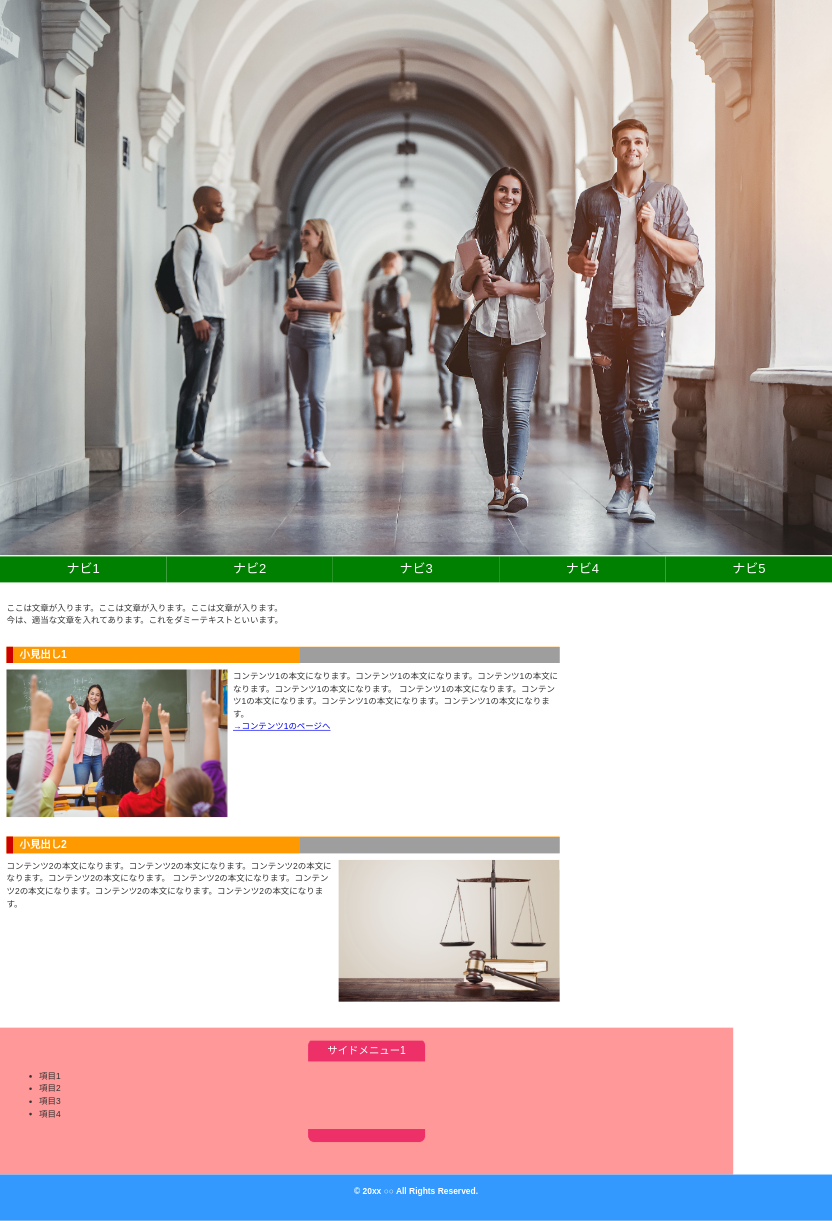
Repository: ryotaro516/Samurai_JS
Page: C9/index.html
The author's editor kept a record of every edit. The page is drawn from the files as they stood at one moment, then again after the next edit.
The browser window is 1280 px wide. The pictures show the whole page, at 65% of full size.
Pictures or frames that could not be fetched are drawn as grey boxes.

Above is the page before.

### C9/index.html
<!DOCTYPE html>
<html lang="ja">
    <head>
        <meta charset="UTF-8">
        <title>HTML/CSSの学習</title>
        <link rel="stylesheet" href="stylesheet.css">
    </head>
    <body>
        <div id="header">
            <h1><a href="index.html"><img id="corridor" src="images/corridor.jpg" alt="大学の廊下" /></a></h1>
        </div>
        <div id="wrapper">
            <div id="nav">
                <ul>
                    <li><a href="home.html">ナビ1</a></li>
                    <li><a href="#">ナビ2</a></li>
                    <li><a href="#">ナビ3</a></li>
                    <li><a href="#">ナビ4</a></li>
                    <li><a href="#">ナビ5</a></li>
                </ul>
            </div>
            <div id="container">
                <div id="main">
                    <div class="post">
                        <p>ここは文章が入ります。ここは文章が入ります。ここは文章が入ります。<br />今は、適当な文章を入れてあります。これをダミーテキストといいます。</p>
                    </div>
                    <div class="post clearfix">
                        <h2>小見出し1</h2>
                        <img class="left" src="images/classroom.jpg" alt="授業風景" />
                        <p>
                            コンテンツ1の本文になります。コンテンツ1の本文になります。コンテンツ1の本文になります。コンテンツ1の本文になります。
                            コンテンツ1の本文になります。コンテンツ1の本文になります。コンテンツ1の本文になります。コンテンツ1の本文になります。
                        </p>
                        <p><a href="#">→コンテンツ1のページへ</a></p>
                    </div>
                    <div class="post clearfix">
                        <h2>小見出し2</h2>
                        <img class="right" src="images/scale.jpg" alt="天秤" />
                        <p>
                            コンテンツ2の本文になります。コンテンツ2の本文になります。コンテンツ2の本文になります。コンテンツ2の本文になります。
                            コンテンツ2の本文になります。コンテンツ2の本文になります。コンテンツ2の本文になります。コンテンツ2の本文になります。
                        </p>
                    </div>
                </div>
            </div>
            <div id="side">
                <div class="box">
                    <h2>サイドメニュー1</h2>
                    <div class="baxBody">
                        <ul>
                            <li>項目1</li>
                            <li>項目2</li>
                            <li>項目3</li>
                            <li>項目4</li>
                        </ul>
                    </div>
                </div>
            </div>
        </div>
        <div id="footer">
            <p>&copy; 20xx ○○ All Rights Reserved.</p>
　　    </div>
    </body>
</html>

### C9/stylesheet.css
@charset "utf-8";

body {
	margin: 0;
	padding: 0;
	font-family: "ヒラギノ角ゴ Pro W3", "Hiragino Kaku Gothic Pro", "メイリオ", Meiryo, Osaka, "ＭＳ Ｐゴシック", "MS PGothic", sans-serif;
	color: #333;
	font-size: 13px;
	line-height: 150%;
}

/* -------------------- wrapper -------------------- */
#wrapper {
    width: 100%;
    margin: auto;
    padding: 0px;
    border: 0px;
    background-color: #FFF;
    top: 10px;
}

/* -------------------- header -------------------- */
#header {
	width: 100%;
}
#header h1 {
	margin: 0;
	padding: 0;
}

#corridor {
	width: 100%;
	height: auto;
}

/* -------------------- footer -------------------- */
#footer {
	clear: both;
	width: 100%;
	padding: 3px 0 3px 0;
	background: #39F;
	color: #FFF;
	font-weight: bold;
	text-align: center;
}

/* -------------------- nav -------------------- */
#nav {
	width: 100%;
}
#nav ul {
	display: flex;
	margin: 0;
	padding: 0;
	list-style-type: none;
}
#nav ul li {
	width: 20%;
	text-align: center;
}
#nav ul li a {
	display: block;
	height: 20px;
	margin: 0;
	padding: 10px;
	color: #FFF;
	font-size: 20px;
	text-decoration: none;
	background-color: green;
}

#nav ul li a:hover {
	filter: drop-shadow(10px 10px 10px black);
}

/* -------------------- container -------------------- */
#container {
	width: 100%;
	margin: auto ;
	padding: auto;
	padding-top: 20px;
	clear: both;
	display: grid;
	grid-template-columns: 70vw 30vw;
}
/* -------------------- main -------------------- */
#main {
	width: 95%;
	padding: 10px 30px 10px 10px;
}
#main h2 {
	margin: 0 0 10px 0;
	padding: 3px 10px 3px 10px;
	color: #FFF;
	font-size: 16px;
	border-left: solid 10px #C00;
	background: #F90 url(../images/main_h2.jpg) right top repeat-y;
}
#main p {
	margin: 0;
	padding: 0;
}
#main .post {
	margin: 0 0 30px 0;
}
#main .post img.right {
	margin: 0 0 0 8px;
}
#main .post img.left {
	margin: 0 8px 0 0;
}

.right {
	float: right;
	width: 40%;
	height: auto;
}
.left {
	float: left;
	width: 40%;
	height: auto;
}

/* -------------------- clearfix -------------------- */
.clearfix {
	zoom: 1;
}
.clearfix:after{
	content: "";
	display: block;
	clear: both;
}

/* -------------------- side -------------------- */
#side {
	width: 85%;
	padding: 20px;
	background-color: #F99;
}
#side .box {
	margin: 0 auto 30px auto;
	padding: 0 0 20px 0;
	background: url(images/side_box.png) bottom no-repeat;
}
#side .box h2 {
	margin: 0;
	padding: 8px;
	text-align: center;
	color: #fff;
	font-size: 16px;
	line-height: 16px;
	font-weight: normal;
	background: url(images/side_box_h2.png) center no-repeat;
}
#side .box .boxBody {
	padding: 8px;
	border-right: solid 1px #C36;
	border-bottom:solid 1px #C36;
	border-left: solid 1px #C36;
	background: #fff;
}
#side .box .boxBody ul {
	margin: 0 0 16px 0;
	padding: 0;
}
#side .box .boxBody ul li {
	padding: 8px 0 8px 4px;
	list-style: none;
	border-bottom: solid 1px #C36;
}

#side .box .boxBody ul li:hover {
	padding: 8px 0 8px 4px;
	list-style: none;
	border-bottom: solid 1px #C36;
	box-shadow: 0px 4px 4px rgba(0, 0, 0, 0.3);
}

After the next edit:
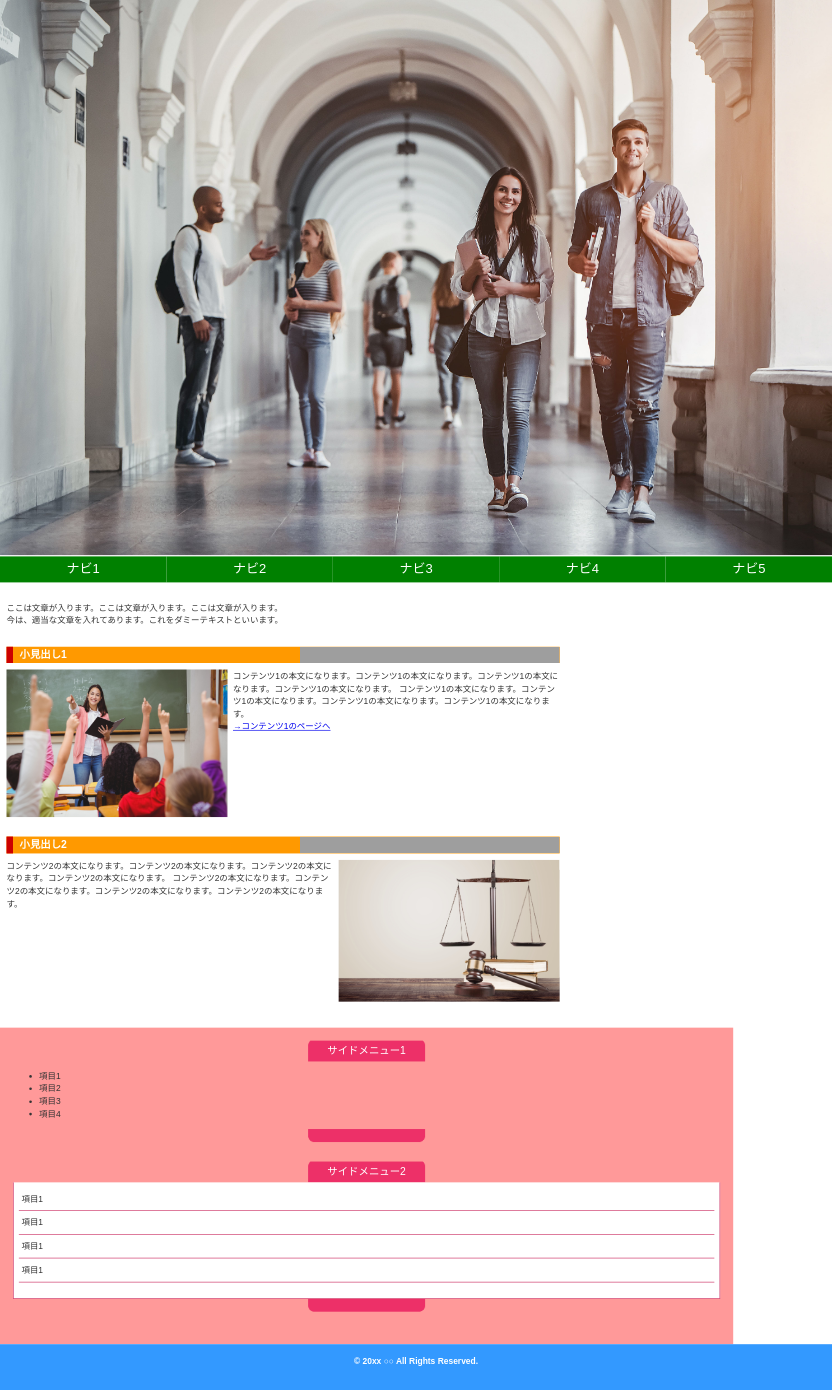
The edit:
--- a/C9/index.html
+++ b/C9/index.html
@@ -55,6 +55,17 @@
                         </ul>
                     </div>
                 </div>
+                <div class="box">
+                    <h2>サイドメニュー2</h2>
+                    <div class="boxBody">
+                        <ul>
+                            <li>項目1</li>
+                            <li>項目1</li>
+                            <li>項目1</li>
+                            <li>項目1</li>
+                        </ul>
+                    </div>
+                </div>
             </div>
         </div>
         <div id="footer">
